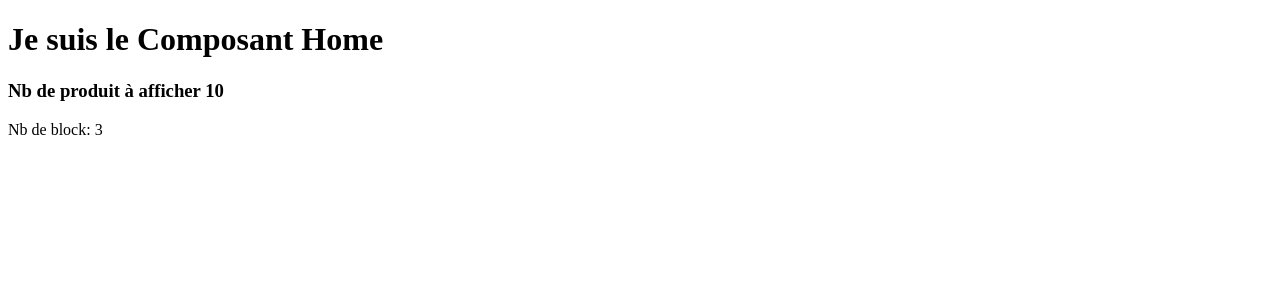
Repository: Symfomany/reacthoc
Page: /
These files come from the project's save history. The page is drawn as it stood at one moment and after the next save; the edit follows.
The browser window is 1280 px wide. The pictures show the whole page.
The project was rebuilt for these pictures with package versions that can differ from the ones it lists, and the page was loaded fresh each time.

Above is the page before, as saved 2018-06-05 19:19:42.

### src/index.js
import React from "react";
import ReactDOM from "react-dom";

import AppProvider from "./components/AppProvider";
import App from "./components/App";
import registerServiceWorker from "./registerServiceWorker";
import store from "./store";

// Main Render
ReactDOM.render(
  <AppProvider store={store}>
    <App />
  </AppProvider>,
  document.getElementById("root")
);
registerServiceWorker();

### src/components/AppProvider.js
import React, { Component, Children } from "react";
import PropTypes from "prop-types";

class AppProvider extends Component {
  constructor(props) {
    super(props);
    this.state = {};
  }

  getChildContext() {
    return {
      store: this.props.store
    };
  }

  render() {
    return Children.only(this.props.children);
  }
}

AppProvider.childContextTypes = {
  store: PropTypes.object
};

AppProvider.propTypes = {
  store: PropTypes.object.isRequired
};

export default AppProvider;

### src/components/App.js
import React, { Component } from "react";
import Home from "./Home";
import Display from "./Display";

class App extends Component {
  constructor(props) {
    super(props);
    this.state = {};
  }

  render() {
    return (
      <div className="App">
        <Home />
        <Display />
      </div>
    );
  }
}

export default App;

### src/store/index.js
const Store = {
  data: {
    nbDisplay: 10,
    search: "",
    products: [],
    realtime: false,
    displayBlocks: 3,
    orderBy: "title"
  },
  get(key) {
    return this.data[key];
  },
  register(key, value) {
    this.data[key] = value;
  }
};

export default Store;

### src/components/Home.js
import React, { Component } from "react";
import Title from "./Title";
/**
 * Composant Home
 */
class Home extends Component {
  constructor(props) {
    super(props);
    this.state = {};
  }
  render() {
    return (
      <div>
        <h1>Je suis le Composant Home </h1>
        <Title />
      </div>
    );
  }
}

export default Home;

### src/components/Display.js
import React, { Component } from "react";
import withStore from "../hoc/withStore";
import PropTypes from "prop-types";

class Display extends Component {
  constructor(props) {
    super(props);
    this.state = {};
  }

  render() {
    return (
      <div>
        {this.props.store.data.nbDisplay > 15 && (
          <p>Je suis au dessus {this.props.store.data.nbDisplay}</p>
        )}
      </div>
    );
  }
}
Display.ContextTypes = {
  store: PropTypes.object
};

export default withStore(Display);

### src/components/Title.js
import React, { Component } from "react";
import PropTypes from "prop-types";
import Subtitle from "./Subtitle";

/**
 * Composant Home
 */
class Title extends Component {
  constructor(props) {
    super(props);
    this.state = {};
  }
  render() {
    return (
      <div>
        <h3>Nb de produit à afficher {this.context.store.data.nbDisplay}</h3>
        <Subtitle />
      </div>
    );
  }
}

Title.contextTypes = {
  store: PropTypes.object
};

export default Title;

### src/hoc/withStore.js
import React, { Component } from "react";
import PropTypes from "prop-types";

//Hoc: withQQCH()
// HOC: Hight Order Component
const withStore = ComponentToWrap => {
  return class extends Component {
    static contextTypes = {
      store: PropTypes.object.isRequired
    };
    render() {
      const { store } = this.context;
      return <ComponentToWrap {...this.props} store={store} />;
    }
  };
};
export default withStore;

### src/components/Subtitle.js
import React, { Component } from "react";
import PropTypes from "prop-types";
import withStore from "../hoc/withStore";

/**
 * Composant HSubtitleome
 */
class Subtitle extends Component {
  constructor(props) {
    super(props);
    this.state = {};
  }
  render() {
    return <div>Nb de block: {this.props.store.data.displayBlocks}</div>;
  }
}

export default withStore(Subtitle);

Loaded but not shown: public/index.html (common file); src/registerServiceWorker.js (common file)

After the next save:
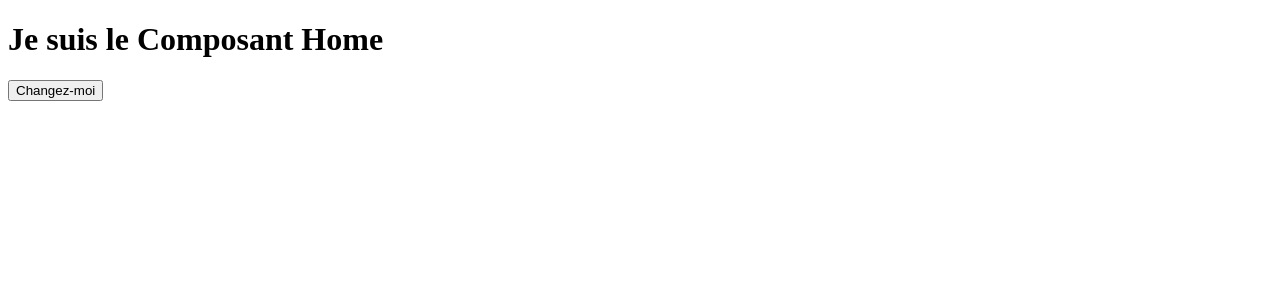
Saved 82 s later.
--- a/src/components/Title.js
+++ b/src/components/Title.js
@@ -1,6 +1,5 @@
 import React, { Component } from "react";
-import PropTypes from "prop-types";
-import Subtitle from "./Subtitle";
+import withStore from "../hoc/withStore";
 
 /**
  * Composant Home
@@ -9,19 +8,23 @@ class Title extends Component {
   constructor(props) {
     super(props);
     this.state = {};
+    this.changer = this.changer.bind(this);
+  }
+
+  changer() {
+    this.props.store.register("message", "Hello Alpha!");
+    this.props.store.register("nbDisplay", this.props.store.data.nbDisplay + 1);
+    this.forceUpdate();
   }
   render() {
+    const nb = 2;
     return (
       <div>
-        <h3>Nb de produit à afficher {this.context.store.data.nbDisplay}</h3>
-        <Subtitle />
+        <p>{this.props.message}</p>
+        <button onClick={this.changer}>Changez-moi</button>
       </div>
     );
   }
 }
 
-Title.contextTypes = {
-  store: PropTypes.object
-};
-
-export default Title;
+export default withStore(Title);
